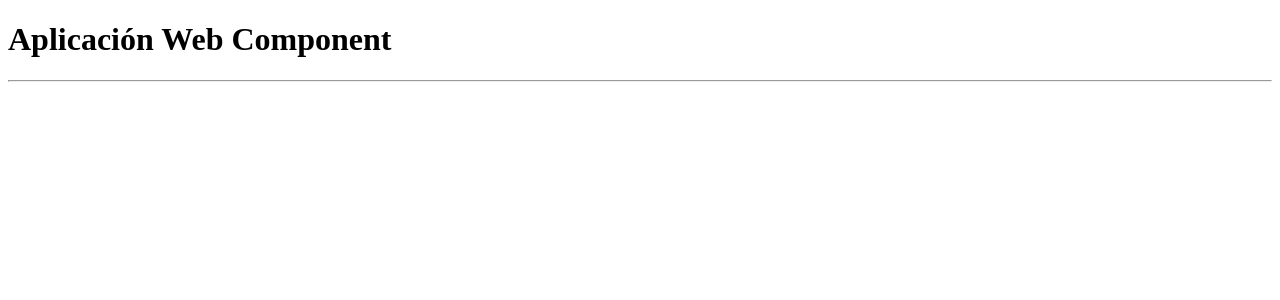
Repository: maxTech2019/Lab-react-C12024
Page: /
The author's editor kept a copy of each file at every save. The page is drawn from the files as they stood at one save, then again after a run of saves.
The browser window is 1280 px wide. The pictures show the whole page.
The project was rebuilt for these pictures with package versions that can differ from the ones it lists, and the page was loaded fresh each time. Also part of the build but not shown: vite.config.js, src/component/Productos.jsx.

Above is the page before, as saved 2024-06-04 17:00:12.

After the next 2 saves:
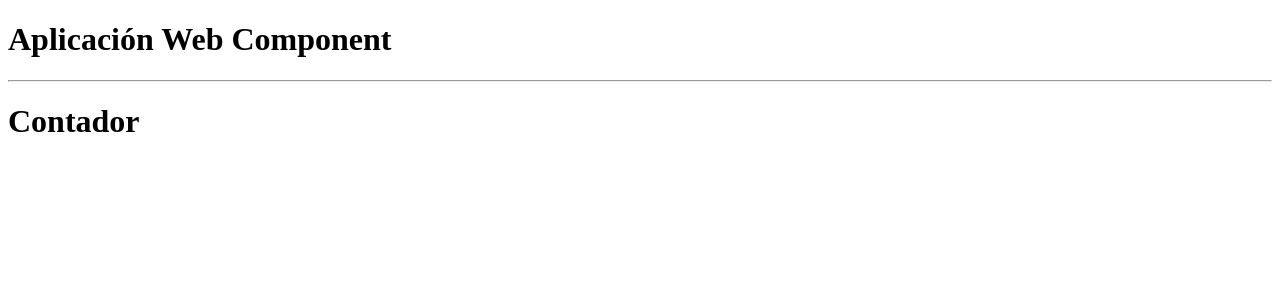
The 2 saves are shown as one change because they came seconds apart.
The last was saved 9 s later.
--- a/src/component/ContadoruseEffect.jsx
+++ b/src/component/ContadoruseEffect.jsx
@@ -4,7 +4,8 @@ import React from 'react';
 export const ContadoruseEffect = () => {
   return (
     <>
-        <h1></h1>
+        <h1>Contador</h1>
+
     </>
   )
 }
